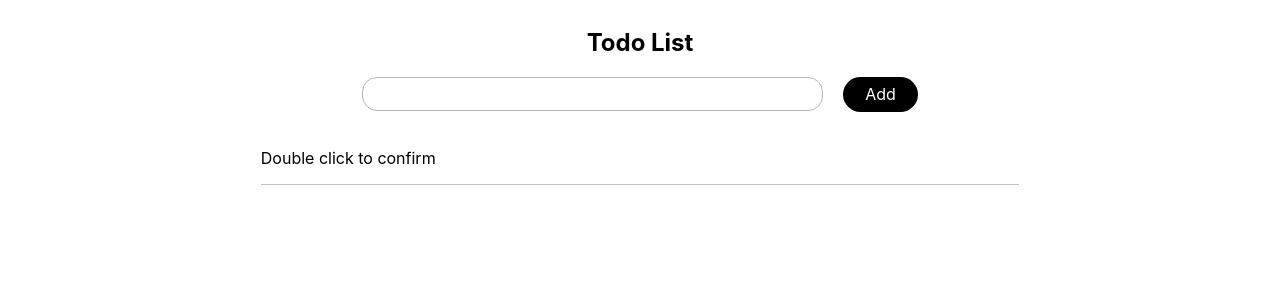
Repository: irenewuu/comp4130_checklist
Page: index.html
An editor plug-in stored every save of this project. The page is shown before and after the next save, followed by the edit.
The browser window is 1280 px wide. The pictures show the whole page.

Above is the page before, as saved 2022-01-12 15:25:48.

After the next save:
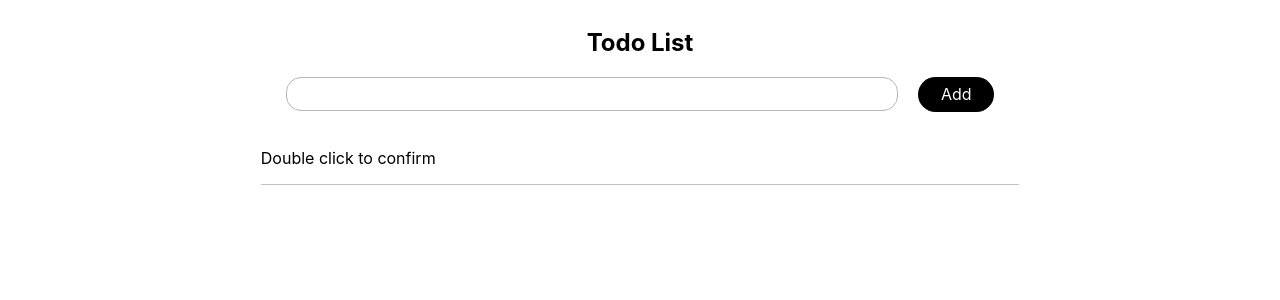
Saved 18 s later.
--- a/style.css
+++ b/style.css
@@ -22,7 +22,7 @@ form > span {
   justify-content: center;
 }
 .text {
-  width: 60%;
+  width: 80%;
   height: 30px;
   border-radius: 15px;
   border: 1px solid rgb(182, 182, 182);
